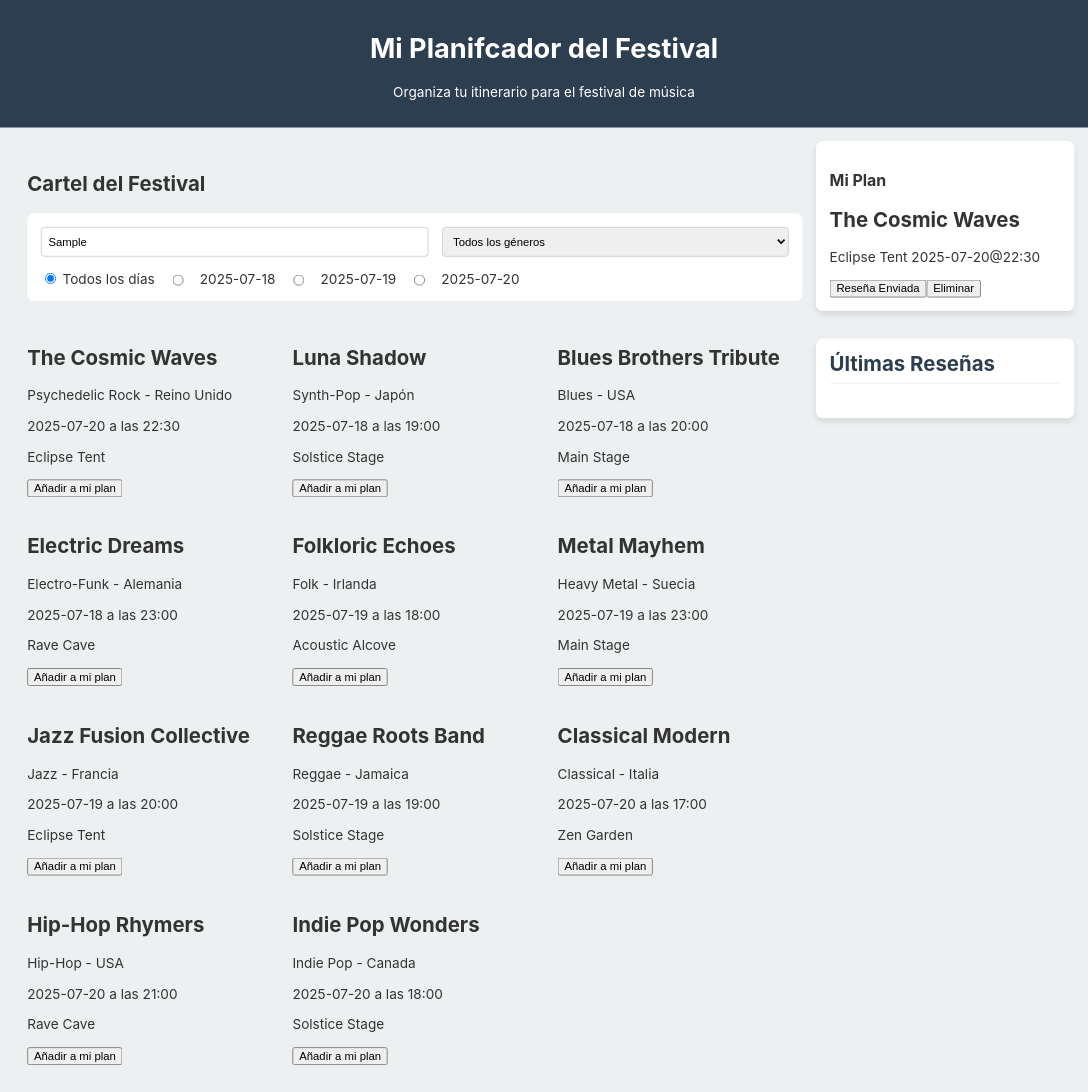
Repository: covaa15/DWEC
Page: Examen12_12_2025/index.html
The author's editor kept a copy of each file at every save. The page is drawn from the files as they stood at one save, then again after the next save.
The browser window is 1280 px wide. The pictures show the whole page, at 85% of full size.
Empty fields were first filled with sample values (such as "Sample", 5 or name@example.com).
After loading, the first visible `#a1` was clicked once.

Above is the page before, as saved 2025-12-12 14:11:02.

After the next save:
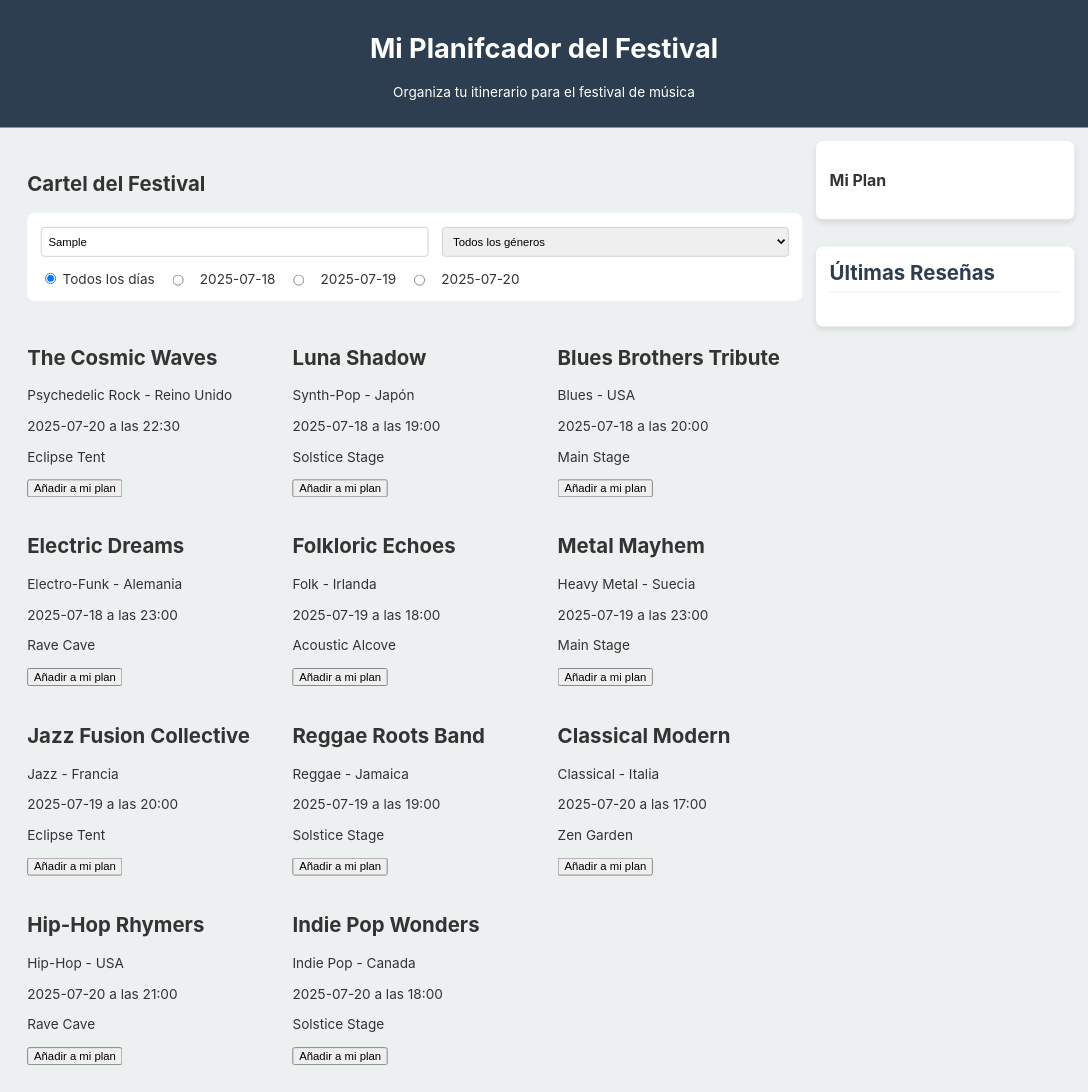
Console error: TypeError: Cannot read properties of undefined (reading 'includes')
Saved 117 s later.
--- a/Examen12_12_2025/js/main.js
+++ b/Examen12_12_2025/js/main.js
@@ -151,10 +151,6 @@ function aplicarFiltros() {
         })
     })
 
-
-
-
-
     if (artistaBuscado !== "") {
         artistasFiltrados = artistasFiltrados.filter(artista =>
             artista.nombre.toLowerCase().includes(artistaBuscado)
@@ -181,39 +177,43 @@ selectorGenero.addEventListener("change", aplicarFiltros);
 
 
 function activarBotones(){
+    let planesAñadidos;
     document.querySelectorAll("button").forEach(btn => {
         btn.addEventListener("click", () => {
-            let artista=obtenerArtista(btn.id);
-            let escenario=obtenerEscenario(artista.id);
-            let horario=obtenerHorario(artista.id);
-
-            let div=document.createElement('div');
-            div.id=artista.id;
-
-            let h1=document.createElement('h1');
-            h1.textContent=artista.nombre;
-
-            let p =document.createElement('p');
-            p.textContent=escenario+' '+ horario.dia+'@'+horario.horaInicio;
-
-            let div2=document.createElement('div');
-            const botonReseña=document.createElement('button');
-            botonReseña.textContent="Reseña Enviada";
-            botonReseña.id=artista.id;
-            botonReseña.className="reseña";
-
-            const botonEliminar=document.createElement('button');
-            botonEliminar.textContent="Eliminar";
-            botonEliminar.id=artista.id;
-            botonEliminar.className="eliminar";
-
-            div2.appendChild(botonReseña);
-            div2.appendChild(botonEliminar);
-
-            div.appendChild(h1);
-            div.appendChild(p);
-            div.appendChild(div2);
-            listaPlanes.appendChild(div);
+            if(!planesAñadidos.includes(btn.id)){
+
+                let artista=obtenerArtista(btn.id);
+                let escenario=obtenerEscenario(artista.id);
+                let horario=obtenerHorario(artista.id);
+
+                let div=document.createElement('div');
+                div.id=artista.id;
+
+                let h1=document.createElement('h1');
+                h1.textContent=artista.nombre;
+
+                let p =document.createElement('p');
+                p.textContent=escenario+' '+ horario.dia+'@'+horario.horaInicio;
+
+                let div2=document.createElement('div');
+                const botonReseña=document.createElement('button');
+                botonReseña.textContent="Reseña Enviada";
+                botonReseña.id=artista.id;
+                botonReseña.className="reseña";
+
+                const botonEliminar=document.createElement('button');
+                botonEliminar.textContent="Eliminar";
+                botonEliminar.id=artista.id;
+                botonEliminar.className="eliminar";
+
+                div2.appendChild(botonReseña);
+                div2.appendChild(botonEliminar);
+
+                div.appendChild(h1);
+                div.appendChild(p);
+                div.appendChild(div2);
+                listaPlanes.appendChild(div);
+            }
             // listaPlanes.innerHTML=`
             // <h1>${artista.nombre}</h1>
             // <p>${escenario} ${horario.dia} @ ${horario.horaInicio}</p>
